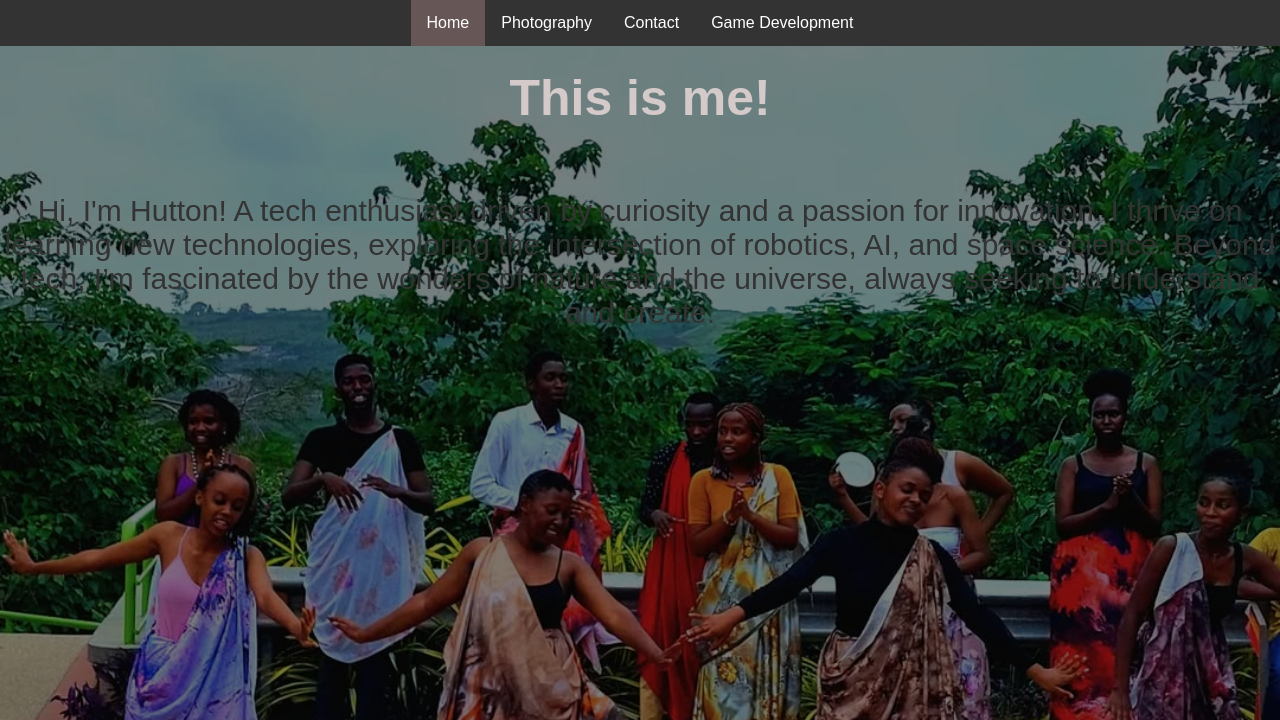
Repository: Argivist/ArgPortfolio
Page: index.html
The author's editor kept a copy of each file at every save. The page is drawn from the files as they stood at one save, then again after the next save.
The browser window is 1280 px wide. The pictures show the whole page.

Above is the page before, as saved 2025-03-28 18:43:10.

### index.html
<!DOCTYPE html>
<html lang="en">

<head>
    <meta charset="UTF-8">
    <meta name="viewport" content="width=device-width, initial-scale=1.0">
    <link rel="stylesheet" href="css/styles.css">
    <link rel="stylesheet" href="css/nav.css">
    <link rel="stylesheet" href="css/home.css">

    <title>Hutton Amison-Addy</title>

    <style>
        body{
            background-color: #f0f0f0;
            font-family: 'Arial', sans-serif;
        }
    </style>
</head>

<body>
    <nav>
        <ul>
            <li class="nav-content active active-text"><a href="index.html">Home</a></li>
            <li class="nav-content"><a href="https://www.instagram.com/theworldinoneseye/">Photography</a></li>

            <li class="dropdown nav-content">
                <a href="contact.html">Contact</a>
                <ul class="dropdown-content">
                    <li><a href="https://www.linkedin.com/in/hutton-amison-addy-7b1b3b1b1/">LinkedIn</a></li>
                    <li><a href="https://www.github.com/Argivist">GitHub</a></li>
                    <li><a href="mailto:hutton.amison@ashesi.edu.gh">hutton.amison@ashesi.edu.gh</a></li>
                    <li><a href="mailto:huttonaaddy.public@gmail.com">huttonaaddy.public@gmail.com</a></li>
                </ul>
            </li>

            <li class="dropdown nav-content">
                <a href="#">Game Development</a>
                <ul class="dropdown-content">
                    <li><a href="game/index.html">Game Development Projects</a></li>
                    <li><a href="blender/index.html">Blender</a></li>
                </ul>
            </li>
        </ul>
    </nav>
    <div class="padding">
    </div>
        <div class="overlay">
            <h1>This is me!</h1>
            <p class="desc">
                Hi, I'm Hutton! A tech enthusiast driven by curiosity and a passion for innovation. I thrive on learning new technologies, exploring the intersection of robotics, AI, and space science. Beyond tech, I’m fascinated by the wonders of nature and the universe, always seeking to understand and create.
            </p>
        </div>



</body>

</html>

### css/styles.css
body{
    height: 100%;
    margin: 0;
    padding: 0;
}

 p {
    white-space: pre-line; /* preserves newlines, but collapses extra spaces */
  }

### css/nav.css
/* 1. Define default variables in :root */


/* NAV Content and Dropdown */
.nav-content {
    position: relative;
    display: inline-block;
}

.dropdown {
    position: relative; /* For proper absolute positioning of its child */
    display: inline-block;
}

.dropdown:hover .dropdown-content {
    display: block;
}

.dropdown-content {
    display: none;
    position: absolute; /* This makes it overlay other elements without affecting layout */
    background-color: var(--dropdown-bg);
    min-width: 160px;
    box-shadow: 0px 8px 16px 0px rgba(0,0,0,0.2);
    z-index: 1;
}

/* Nav Stylisation */
nav {
    background-color: var(--nav-bg);
    position: fixed;
    top: 0;
    left: 0;
    width: 100vw;
    z-index: 100;
    display: flex;
    justify-content: center;  /* Centers the nav content horizontally */
    align-items: center;      /* Vertically centers items */
    margin: 0;
    color: var(--nav-link-color);
}

/* Reserve space for the fixed navbar */
.padding {
    height: 35px;  /* Adjust this value to match your navbar's height */
    top: 0;
    left: 0;
    width: 100%;
    bottom: 0;
}

/* Nav List Styles */
nav ul {
    list-style-type: none;
    margin: 0;
    padding: 0;
    display: flex;
}

nav ul li {
    display: inline-block;
    margin: 0;
    text-align: center;
    /* If you want each <li> to match nav’s background: */
    background-color: var(--nav-bg);
}

/* Nav Links */
nav ul li a {
    display: block;
    color: var(--nav-link-color);
    text-align: center;
    padding: 14px 16px;
    text-decoration: none;
}

nav ul li a:hover {
    background-color: var(--nav-link-hover-bg);
    color: var(--nav-link-active-color);
}

/* Optional: Ensure dropdown list items take full width */
.dropdown ul li {
    width: 100%;
}

/* Active link styling */
.active {
    background-color: var(--active-bg);
    /* color: var(--nav-link-active-color); */
    text-decoration: none;
}
/* If .active is on the <li>, target the <a> inside */
.active-text{
    color: var(--nav-link-active-color);
}

### css/home.css
/* Custom Theme variables */
:root {
    --nav-bg: #333;
    --nav-link-color: #fff;
    --nav-link-hover-bg: #111;
    --dropdown-bg: #f9f9f9;
    --active-bg: #675656;
    --body-text-color: #333;      /* General text color */
    --heading-text-color: #d4caca;   /* Headings, if desired */
}


h1 {
    color: var(--heading-text-color);
    font-size: 50px;
    text-align: center;
    /* text-shadow: 2px 2px 5px rgba(0, 0, 0, 0.5); */
}

p {
    color: var(--body-text-color);
    font-size: 30px;
    text-align: center;
    /* text-shadow: 2px 2px 5px rgba(0, 0, 0, 0.5); */
}


body {
    background-image:url('../img/home.jpeg');
    background-size:cover;    /* Ensures the image covers the whole screen */
    background-repeat: no-repeat;  /* Prevents tiling */
    background-position: center 15%;

    /*  */
    /* background-position: center;   Centers the image */
}
.overlay {
    position: fixed;
    /* top: 0; */
    left: 0;
    width: 100%;
    height: 100%;
    background-color: rgba(0, 0, 0, 0.5); /* Adjust opacity as needed */
    z-index: -1; /* Keeps it behind your content */
}

After the next save:
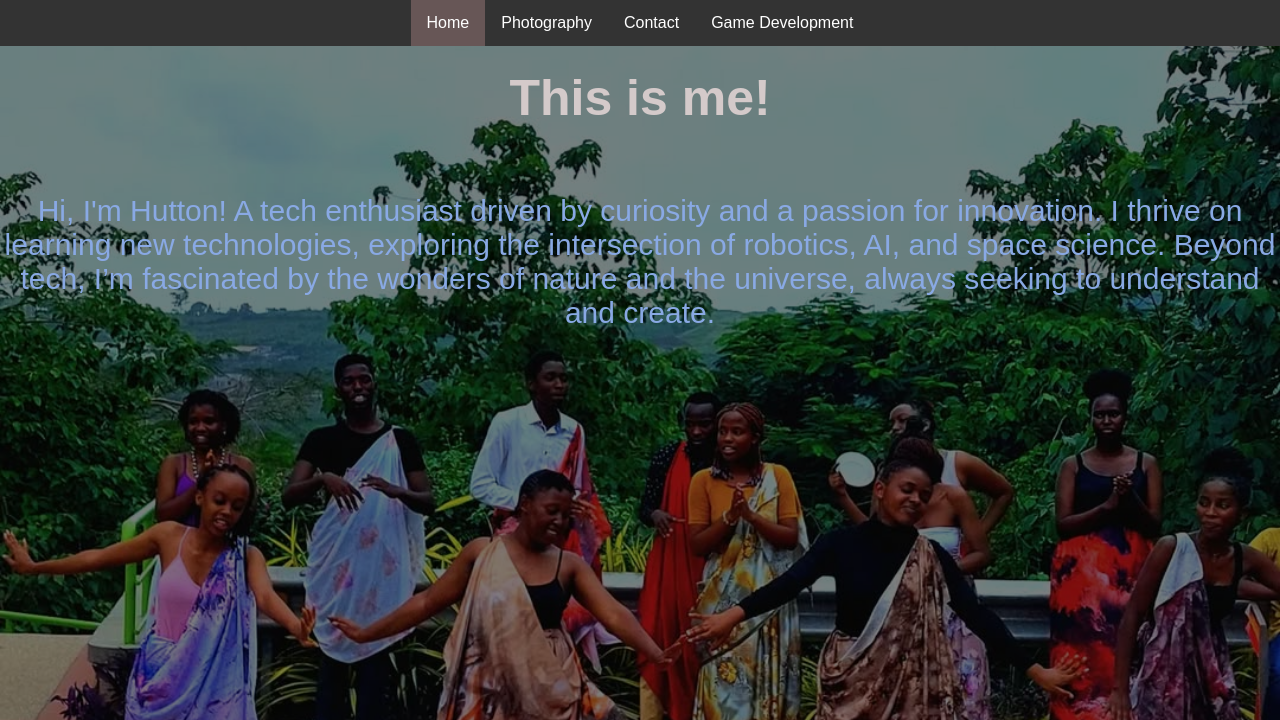
Saved 13 s later.
--- a/css/home.css
+++ b/css/home.css
@@ -5,7 +5,7 @@
     --nav-link-hover-bg: #111;
     --dropdown-bg: #f9f9f9;
     --active-bg: #675656;
-    --body-text-color: #333;      /* General text color */
+    --body-text-color: #89a9e4;      /* General text color */
     --heading-text-color: #d4caca;   /* Headings, if desired */
 }
 
